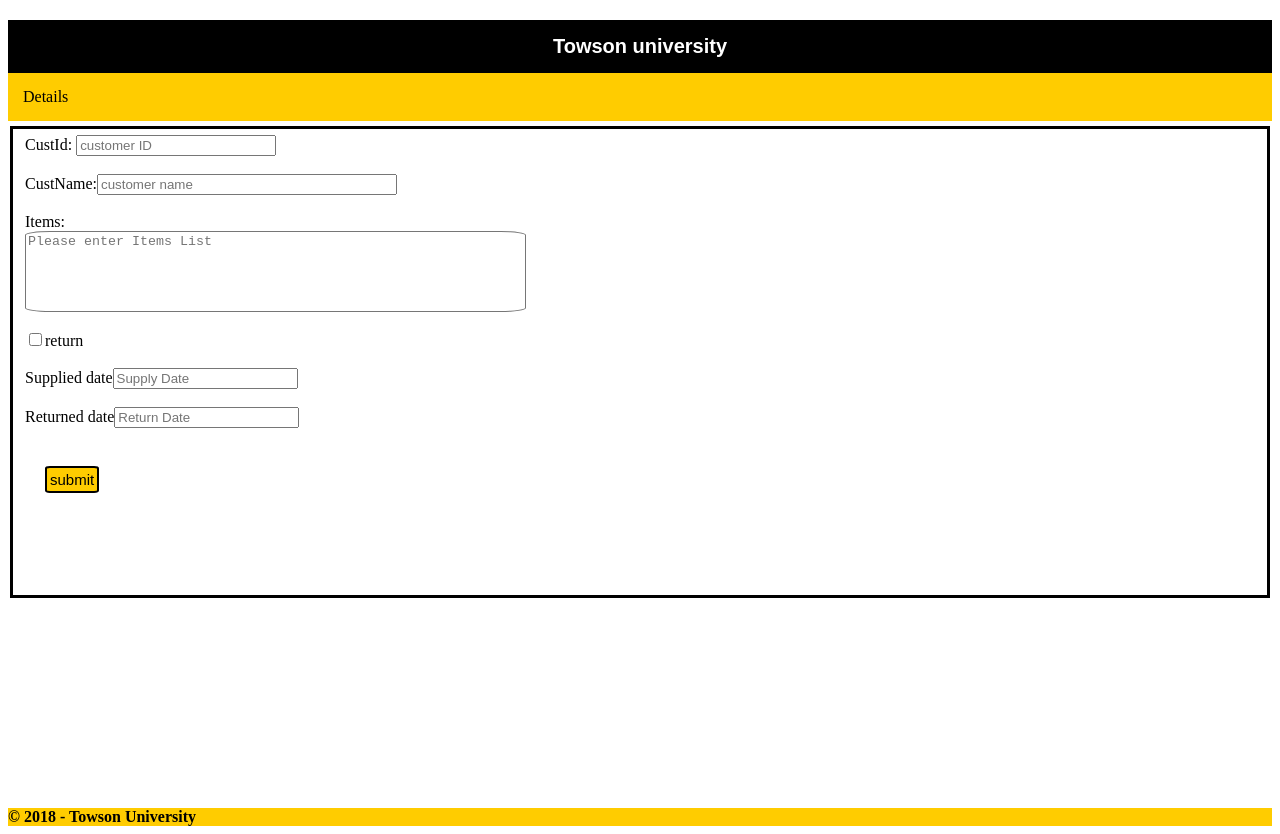
Repository: DatabaseCOSC578/eclipse-workspace11
Page: http://localhost/Supervisor/Supervisor.jsp
These files come from the project's save history. The page is drawn as it stood at one moment and after the next save; the edit follows.
The browser window is 1280 px wide. The pictures show the whole page.
The page is served by Tomcat 9. Other server files are loaded and not shown.

Above is the page before, as saved 2018-04-15 16:54:32.

### Supervisor/WebContent/Supervisor.jsp
<html>
<head>
    <link href="css/layout1.css" rel="stylesheet">
</head>
<body>
<header><center>Towson university</center></header>
<form name="inputdetails" action="store" method="post" id="form1">
<p>Details</p>
<fieldset>

CustId: <input type=text style="width: 200px;" name="custid " placeholder="customer ID"><br><br>
CustName:<input type=text style="width: 300px; align:center;" name="custname" placeholder="customer name "><br><br>
Items:<br/>
<textarea rows="5" cols="60"  maxlength="260" name="items" placeholder="Please enter Items List">
</textarea> <br><br>
<input type=checkbox name="return" value=1>return<br><br>
Supplied date<input type=text name="sdate" placeholder="Supply Date" ><br><br>
Returned date<input type=text name="rdate" placeholder="Return Date" ><br><br>
<input type=submit value=submit> <br><br><br><br><br>
</fieldset>
</form>
</body>
<footer> &copy 2018 - Towson University</footer>
</html>

### Supervisor/WebContent/css/layout1.css
header {
	position: relative;
	color: #FFFFFF;
	font-family: sans-serif;
	font-size: 20px;
	text-align:left;
	background-color: #000000;
	margin: 20;
	margin-left:0;
	margin-bottom:0;
	margin-right:0;

	padding: 15;
	font-weight:700;
}

p {
	background-color: #fc0;
	margin: 0;
	margin-top:0;
	padding: 15;
}

fieldset {
	margin-top: 5;
	border: solid;

}

footer {
	font-weight: 800;
	text-color: solid #000000;
	background-color: #fc0;
	margin-top: 210;
}
textarea{
	resize:none;
	border-radius:5%;
}
input[type="submit"] {
	align:center;
	margin: 20px;
	background-color: #fc0;
	padding: 3;
	text-align:center;
	text-weight: 700;
	border: solid 2px;
	font-size: 15;
	border-radius: 9%;
}
input[type="submit"]:hover {
	cursor:pointer;
}

After the next save:
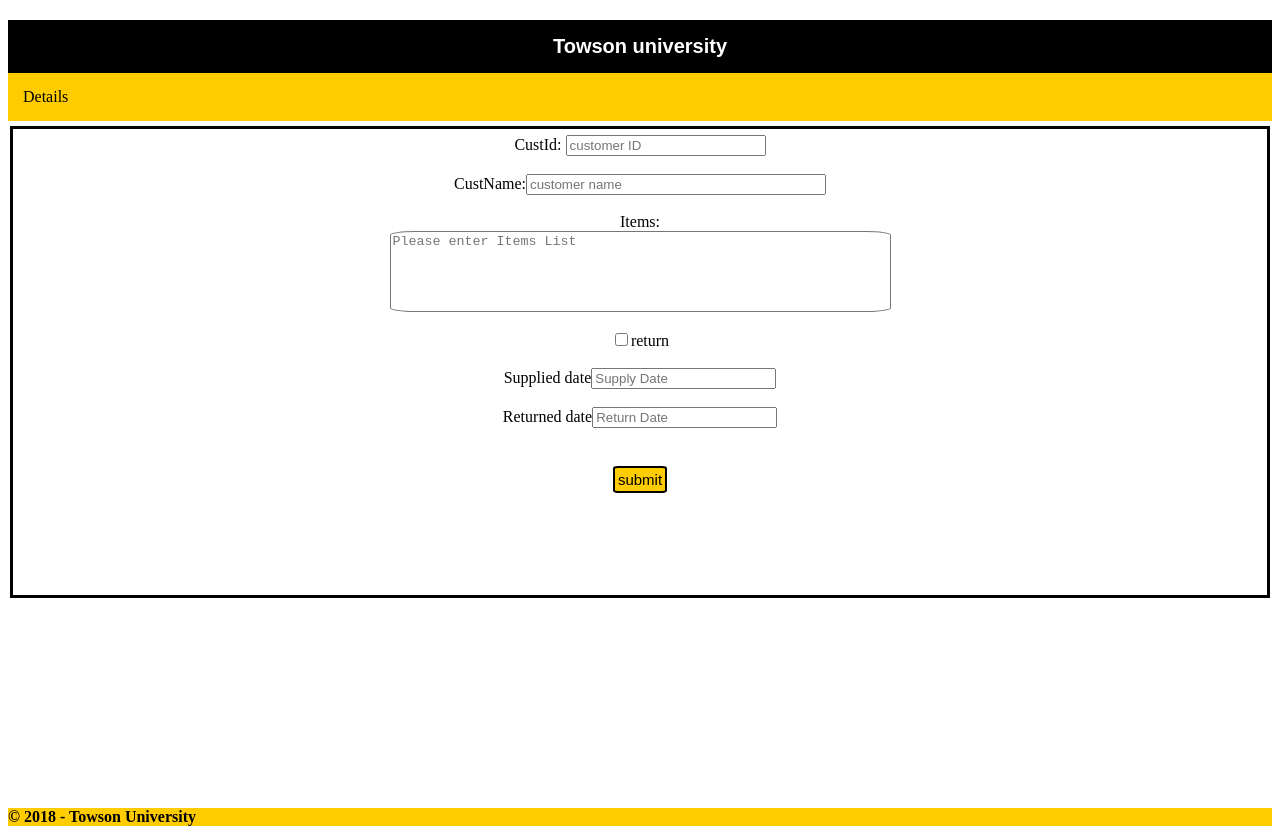
Saved 34 s later.
--- a/Supervisor/WebContent/Supervisor.jsp
+++ b/Supervisor/WebContent/Supervisor.jsp
@@ -6,7 +6,7 @@
 <header><center>Towson university</center></header>
 <form name="inputdetails" action="store" method="post" id="form1">
 <p>Details</p>
-<fieldset>
+<fieldset><center>
 
 CustId: <input type=text style="width: 200px;" name="custid " placeholder="customer ID"><br><br>
 CustName:<input type=text style="width: 300px; align:center;" name="custname" placeholder="customer name "><br><br>
@@ -17,7 +17,7 @@
 Supplied date<input type=text name="sdate" placeholder="Supply Date" ><br><br>
 Returned date<input type=text name="rdate" placeholder="Return Date" ><br><br>
 <input type=submit value=submit> <br><br><br><br><br>
-</fieldset>
+</center></fieldset>
 </form>
 </body>
 <footer> &copy 2018 - Towson University</footer>
